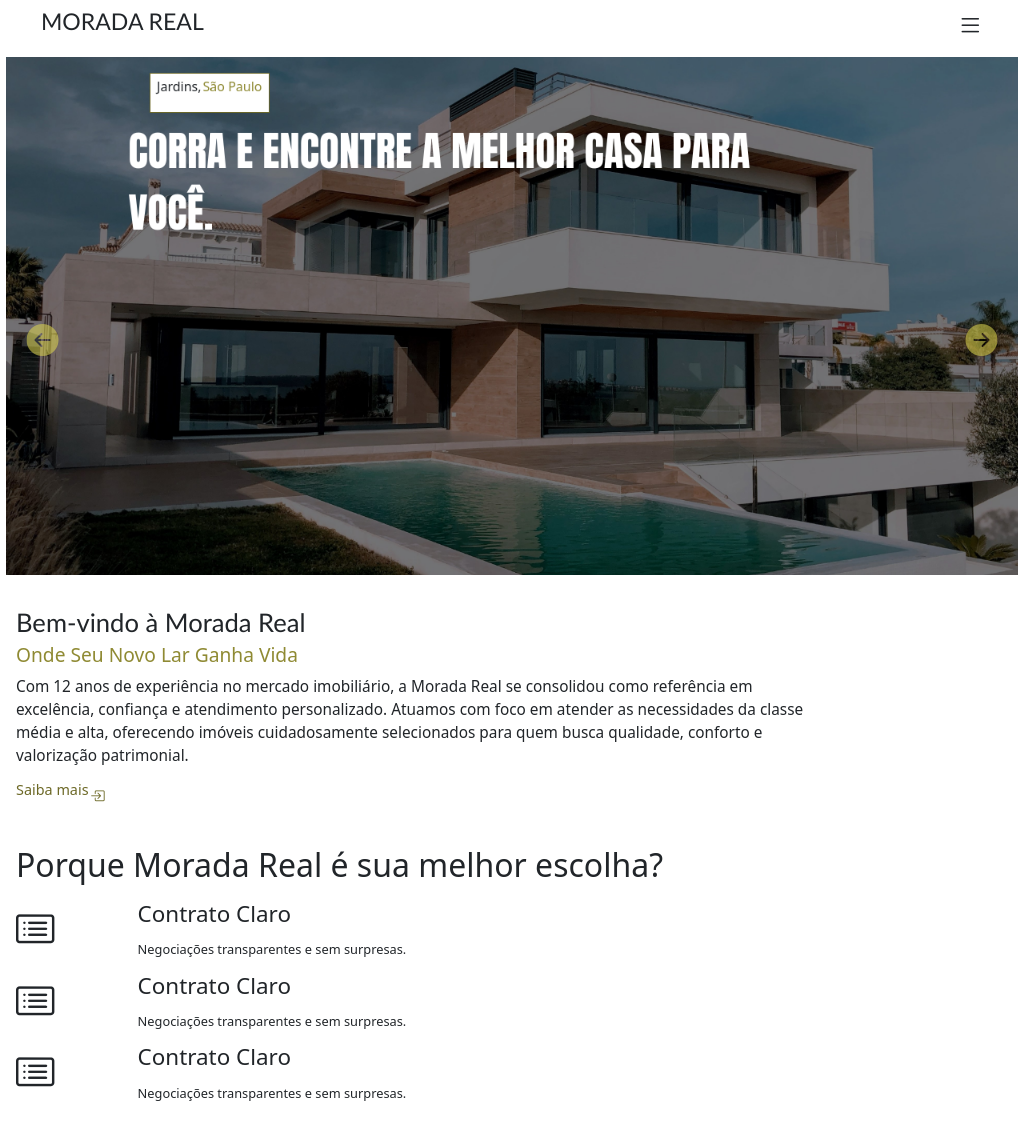
Repository: Mattyns/moradareal
Page: index.html
These files come from the project's save history. The page is drawn as it stood at one moment and after a run of saves; the edit follows.
The browser window is 1280 px wide. The pictures show the whole page, at 80% of full size.

Above is the page before, as saved 2025-07-13 17:15:18.

### index.html
<!DOCTYPE html>
<html lang="pt-br">
    <head>
        <meta charset="UTF-8" />
        <meta name="viewport" content="width=device-width, initial-scale=1.0" />
        <title>Morada Real</title>
        <link
            rel="stylesheet"
            href="https://cdnjs.cloudflare.com/ajax/libs/animate.css/4.1.1/animate.min.css"
        />
        <link
            href="https://cdn.jsdelivr.net/npm/bootstrap@5/dist/css/bootstrap.min.css"
            rel="stylesheet"
            integrity="sha384-QWTKZyjpPEjISv5WaRU9OFeRpok6YctnYmDr5pNlyT2bRjXh0JMhjY6hW+ALEwIH"
            crossorigin="anonymous"
        />
        <link
            rel="stylesheet"
            href="https://cdn.jsdelivr.net/npm/bootstrap-icons@1.11.3/font/bootstrap-icons.min.css"
        />
        <link rel="stylesheet" href="style/style.css" />
    </head>
    <body>
        <header class="header__container">

            <h1 class="logo__text">MORADA REAL</h1> <i class="bi-list menu__list"></i>
        </header>

        <main>
            <section class="contrast">

                <div class="contrast__container">
                    <div class="local local__sp">
                        <div class="local__text">
                            <p>Jardins,</p> <p class="local__text--contrast"> São Paulo</p>
                        </div>
                        <p class="text__message">CORRA E ENCONTRE A MELHOR CASA PARA VOCÊ.</p>
                    </div>
                    <div class="local local__rs">
                        <div class="local__text">
                            <p>Bela Vista,</p> <p class="local__text--contrast"> Rio Grande do Sul</p>
                        </div>
                        <p class="text__message">O LAR DOS SEUS SONHOS PODE ESTAR A UM CLIQUE DE DISTÂNCIA.</p>
                    </div>
                    <div class="local local__rj">
                        <div class="local__text">
                            <p>Leblon,</p> <p class="local__text--contrast"> Rio de Janeiro</p>
                        </div>
                        <p class="text__message">NÃO PERCA TEMPO! SUA NOVA HISTÓRIA COMEÇA AQUI.</p>
                    </div>

                </div>

                <i class="bi-arrow-left-circle-fill img__button" id="img__button--left"></i>
                <i class="bi-arrow-right-circle-fill img__button" id="img__button--right"></i>

            </section>
            <section class="present">
                <h1 class="present__title">Bem-vindo à Morada Real</h1>
                <h2 class="present__subtitle">Onde Seu Novo Lar Ganha Vida</h2>
                <p class="present__text">Com 12 anos de experiência no mercado imobiliário, a Morada Real se consolidou como referência em excelência, confiança e atendimento personalizado. Atuamos com foco em atender as necessidades da classe média e alta, oferecendo imóveis cuidadosamente selecionados para quem busca qualidade, conforto e valorização patrimonial.</p>
                <a href="#" class="button__link present__more"><p>Saiba mais</p> <i class="bi-box-arrow-in-right"></i></a>

            </section>

            <section class="services">
                <h1 class="services__title">
                    <h1>Porque Morada Real é sua melhor escolha?</h1>
                    <div class="service__container">
                        <div class="service__card service__contract">
                            <i class="service__icon bi-card-list"></i>
                            <h3 class="service__title">Contrato Claro</h3>
                            <p class="service__text">Negociações transparentes e sem surpresas.</p>
                        </div>

                        <div class="service__card service__contract">
                            <i class="service__icon bi-card-list"></i>
                            <h3 class="service__title">Contrato Claro</h3>
                            <p class="service__text">Negociações transparentes e sem surpresas.</p>
                        </div>

                        <div class="service__card service__contract">
                            <i class="service__icon bi-card-list"></i>
                            <h3 class="service__title">Contrato Claro</h3>
                            <p class="service__text">Negociações transparentes e sem surpresas.</p>
                        </div>



                    </div>
                </h1>
            </section>


        </main>

        <script src="script/carousel.js"></script>
    </body>
</html>

### style/style.css
@charset "UTF-8";

:root {
    --preto:black;
    --branco:white;
    --cor1:#D3CC4C;
    --cor2:#B1AB40;
    --cor3:#DCD650;
    --cor4:#8F8A33;
    --cor5:#6D6927;
    --cor6:#4B481B;
    --cor7:#f0eca5;
    --cor8:white;

}

* {
    margin: 0px;
    padding: 0px;
    box-sizing: border-box;
}

.header__container {
    display: flex;
    height: 20%;
    width: 100%;
    background-color: var(--branco);
    align-items: center;
    padding-top: 10px;
    padding-bottom: 10px;
}

.logo__text {
    margin-left: 4%;
    font-size: 180%;
    font-family: 'Trebuchet MS', 'Lucida Sans Unicode', 'Lucida Grande', 'Lucida Sans', Arial, sans-serif;
}

.menu__list {
    font-size: 2em;
    position: absolute;
    right: 4%;
}

.contrast {
    height: 90vh;
    margin: 8px;

    overflow: hidden;
    max-width: 100%;
    position: relative;


}

.contrast__container {

    display: flex;
  transition: transform 0.3s ease;
  will-change: transform;
  touch-action: pan-y;
}

.local {
    height: 90vh;
    background-size: cover;
    background-position: right;
     flex: 0 0 100%;
    box-sizing: border-box;
    padding: 20px; /* opcional */
}

.local__sp {
    background-image: url(../img/webaliser.jpg);

}

.local__rs {
    background-image: url(../img/brian.jpg);

}

.local__rj {
    background-image: url(../img/zoe.jpg);

}

.local__text {
    display: flex;
    background-color: var(--branco);
    width: fit-content;
    padding: 4px 0px;
    padding-left: 8px;
    padding-right: 8px;
    top: 20%;
    margin-left:13%;
    border: 1px solid var(--cor5);

}

.local__text--contrast {
    color: var(--cor4);
    margin-left: 2px;
}

.text__message {
    top: 26%;
    width: 68%;
    margin-left: 10%;
    font-size:320%;
    font-family:Impact, Haettenschweiler, 'Arial Narrow Bold', sans-serif;
    color:var(--cor8) ;
    padding: 10px;
    border-radius: 10px;
}

.img__button {
    font-size: 2.5em;
    position:absolute;
    color: #dcd55090;
    transition: color 0.8s ease;

}

.img__button:hover {
    color: #DCD650;
    transition: color 0.8s ease;
}

.img__button.disabled {
  color: #ccc;  /* cinza claro */
  cursor: not-allowed;
  opacity: 0.6;
}

#img__button--left {
    left: 2%;
    top: 50%;
}

#img__button--right {
    right: 2%;
    top: 50%;
}


.present {
    margin: 0px 20px;
    margin-top: 40px;
}

.present__title {
    text-align: left;
    font-family: 'Trebuchet MS', 'Lucida Sans Unicode', 'Lucida Grande', 'Lucida Sans', Arial, sans-serif;
    font-size: 2em;

}

.present__subtitle {
    font-size: 1.5em;
    color: var(--cor4);

}

.present__text {
    width: 80%;
    font-size: 1.2em;
    margin-top: 10px;
    margin-bottom: 15px;
}

.button__link {
    text-decoration: none;
    color: white;
    font-size: 18px;

}

.present__more {
    color: var(--cor5);
    display: flex;
    align-items: center;

}

.present__more > p {
    margin-right: 2px;
}

.services {
    margin: 20px;
    margin-top: 40px;
}

.service__container {
    margin-top: 20px;
}

.service__card {
  display: grid;
  grid-template-columns: auto 1fr; /* coluna 1 para o ícone, coluna 2 para o conteúdo */
  grid-template-rows: auto auto;   /* duas linhas */
  gap: 8px; /* opcional: espaço entre elementos */
  align-items: start;
}

.service__icon {
  grid-row: 1 / 3;   /* ocupa da linha 1 até antes da 3 (ou seja, 2 linhas) */
  grid-column: 1;    /* fica na coluna 1 */

  font-size: 3em;
  margin-right: 2em;
}

.service__title {
  grid-row: 1;       /* linha 1 */
  grid-column: 2;    /* coluna 2 */
}

.service__text {
  grid-row: 2;       /* linha 2 */
  grid-column: 2;    /* coluna 2 */
}

### script/carousel.js
const container = document.querySelector('.contrast__container');
const slides = document.querySelectorAll('.local');

let isDragging = false;
let startPos = 0;
let currentTranslate = 0;
let prevTranslate = 0;
let animationID;
let currentIndex = 0;

slides.forEach((slide, index) => {
  slide.addEventListener('touchstart', touchStart(index));
  slide.addEventListener('touchend', touchEnd);
  slide.addEventListener('touchmove', touchMove);

  slide.addEventListener('mousedown', touchStart(index));
  slide.addEventListener('mouseup', touchEnd);
  slide.addEventListener('mouseleave', touchEnd);
  slide.addEventListener('mousemove', touchMove);
});

function touchStart(index) {
  return function (event) {
    currentIndex = index;
    startPos = getPositionX(event);
    isDragging = true;

    animationID = requestAnimationFrame(animation);
  };
}

function touchMove(event) {
  if (!isDragging) return;
  const currentPosition = getPositionX(event);
  currentTranslate = prevTranslate + currentPosition - startPos;
}

function touchEnd() {
  cancelAnimationFrame(animationID);
  isDragging = false;

  const movedBy = currentTranslate - prevTranslate;

  if (movedBy < -100 && currentIndex < slides.length - 1) currentIndex++;
  if (movedBy > 100 && currentIndex > 0) currentIndex--;

  setPositionByIndex();
}

function getPositionX(event) {
  return event.type.includes('mouse') ? event.pageX : event.touches[0].clientX;
}

function animation() {
  setSliderPosition();
  if (isDragging) requestAnimationFrame(animation);
}

function setSliderPosition() {
  container.style.transform = `translateX(${currentTranslate}px)`;
}

function setPositionByIndex() {
  currentTranslate = currentIndex * -container.offsetWidth;
  prevTranslate = currentTranslate;
  setSliderPosition();
  updateButtons();
}


const imgLeft = document.getElementById('img__button--left');
const imgRight = document.getElementById('img__button--right');

imgLeft.addEventListener('click', imgSlideLeft);
imgRight.addEventListener('click', imgSlideRight);


function imgSlideLeft() {
  if (currentIndex > 0) {
    currentIndex--;
    setPositionByIndex();
  }
}

function imgSlideRight() {
  if (currentIndex < slides.length - 1) {
    currentIndex++;
    setPositionByIndex();
  }
}

// Função para ativar/desativar os botões conforme o slide atual
function updateButtons() {
  if (currentIndex === 0) {
    imgLeft.classList.add('disabled');
  } else {
    imgLeft.classList.remove('disabled');
  }

  if (currentIndex === slides.length - 1) {
    imgRight.classList.add('disabled');
  } else {
    imgRight.classList.remove('disabled');
  }
}

After the next 2 saves:
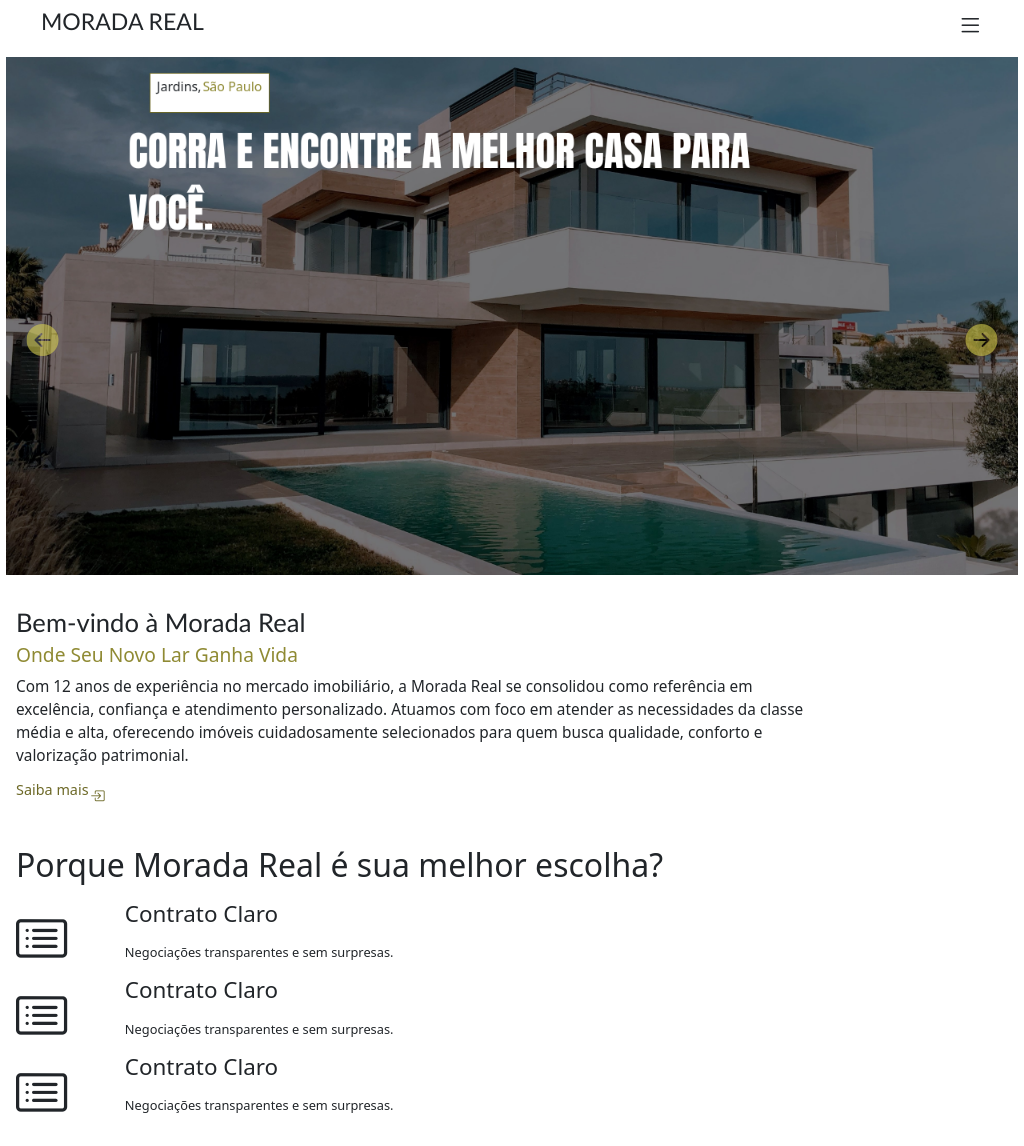
The 2 saves are shown as one change because they came seconds apart.
The last was saved 10 s later.
--- a/style/style.css
+++ b/style/style.css
@@ -208,8 +208,8 @@
   grid-row: 1 / 3;   /* ocupa da linha 1 até antes da 3 (ou seja, 2 linhas) */
   grid-column: 1;    /* fica na coluna 1 */
 
-  font-size: 3em;
-  margin-right: 2em;
+  font-size: 4em;
+  margin-right: 1em;
 }
 
 .service__title {
